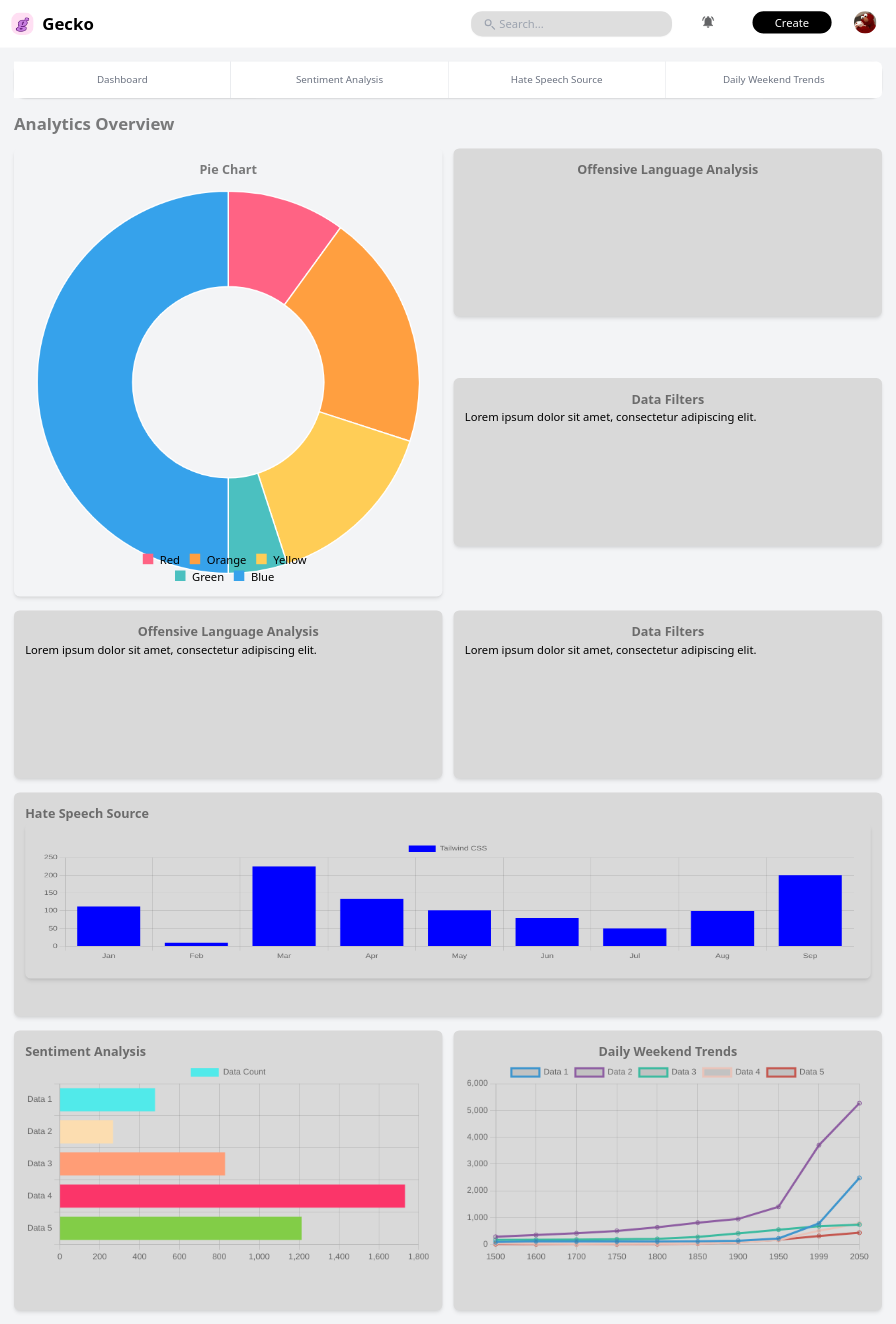
Repository: theamgri/thesis-website-nextjs
Page: website.html
An editor plug-in stored every save of this project. The page is shown before and after the next save, followed by the edit.
The browser window is 1280 px wide. The pictures show the whole page, at 70% of full size.

Above is the page before, as saved 2023-10-04 09:23:59.
Console error: TypeError: Cannot read properties of null (reading 'getContext')

After the next save:
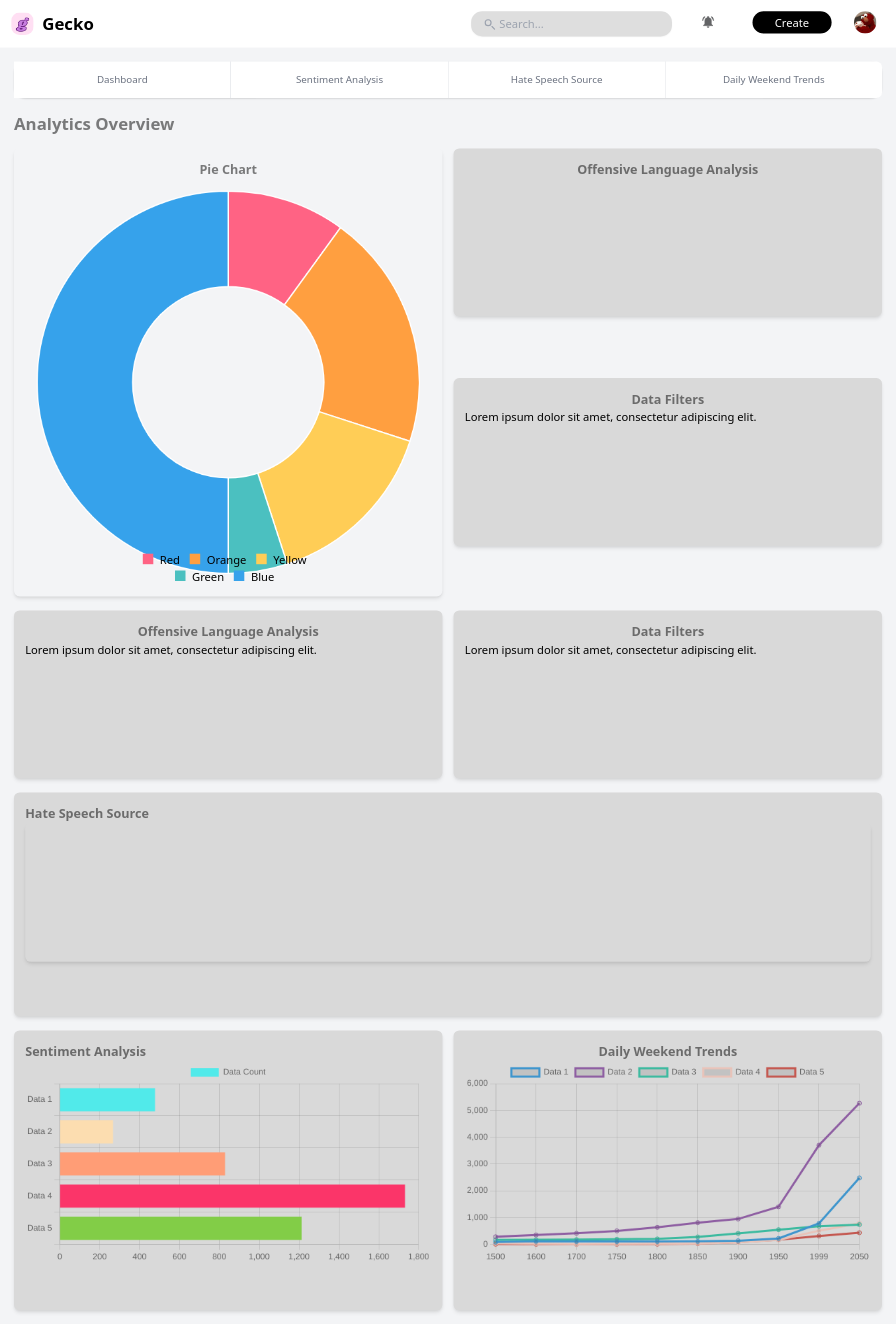
Console error: ReferenceError: Chart is not defined
Saved 5 min 23 s later.
--- a/website.html
+++ b/website.html
@@ -191,32 +191,57 @@
   <!-- Container 1 -->
   <div class="bg-white p-4 rounded-lg shadow-md" style="background-color: #D9D9D9; height: 15rem;">
       <h2 class="text-lg text-center opacity-50 font-semibold">Offensive Language Analysis</h2>
-      <canvas class="p-4" class="myChart"></canvas>
+      <canvas id="roundedBarChart"></canvas>
       <script>
-        var ctx = document.getElementById('my_chart').getContext('2d');
-var myChart = new Chart(ctx, {
-    type: 'bar',
-    data: {
-        labels: ['Jan', 'Feb', 'Mar', 'Apr', 'May', 'Jun'],
-        datasets: [{
-            label: 'Months',
-            data: [10, 50, 30, 90, 60, 70],
-            backgroundColor: '#ffadb9',
-            borderColor: '#f7072b',
-            borderWidth: 2,
-            barThickness: 30,
-            borderRadius: 20
-        }]
-    },
-    options: {
-        scales: {
-            y: {
-                beginAtZero: true
+        // Sample data for the bar chart
+        const data = {
+            labels: ['A', 'B', 'C', 'D', 'E'],
+            datasets: [
+                {
+                    label: 'Data',
+                    data: [5, 8, 6, 12, 10],
+                    backgroundColor: [
+                        'rgba(255, 99, 132, 0.7)',
+                        'rgba(255, 159, 64, 0.7)',
+                        'rgba(255, 205, 86, 0.7)',
+                        'rgba(75, 192, 192, 0.7)',
+                        'rgba(54, 162, 235, 0.7)'
+                    ],
+                    borderColor: [
+                        'rgba(255, 99, 132, 1)',
+                        'rgba(255, 159, 64, 1)',
+                        'rgba(255, 205, 86, 1)',
+                        'rgba(75, 192, 192, 1)',
+                        'rgba(54, 162, 235, 1)'
+                    ],
+                    borderWidth: 2,
+                    borderRadius: 15, // Set the border radius for rounded edges
+                }
+            ]
+        };
+
+        // Chart configuration
+        const config = {
+            type: 'bar',
+            data: data,
+            options: {
+                scales: {
+                    y: {
+                        beginAtZero: true
+                    }
+                },
+                plugins: {
+                    legend: {
+                        display: false
+                    }
+                }
             }
-        }
-    }
-});
-      </script>
+        };
+
+        // Create the bar chart
+        var ctx = document.getElementById('roundedBarChart').getContext('2d');
+        new Chart(ctx, config);
+    </script>
   </div>
 
   <!-- Container 2 -->

After the save that followed:
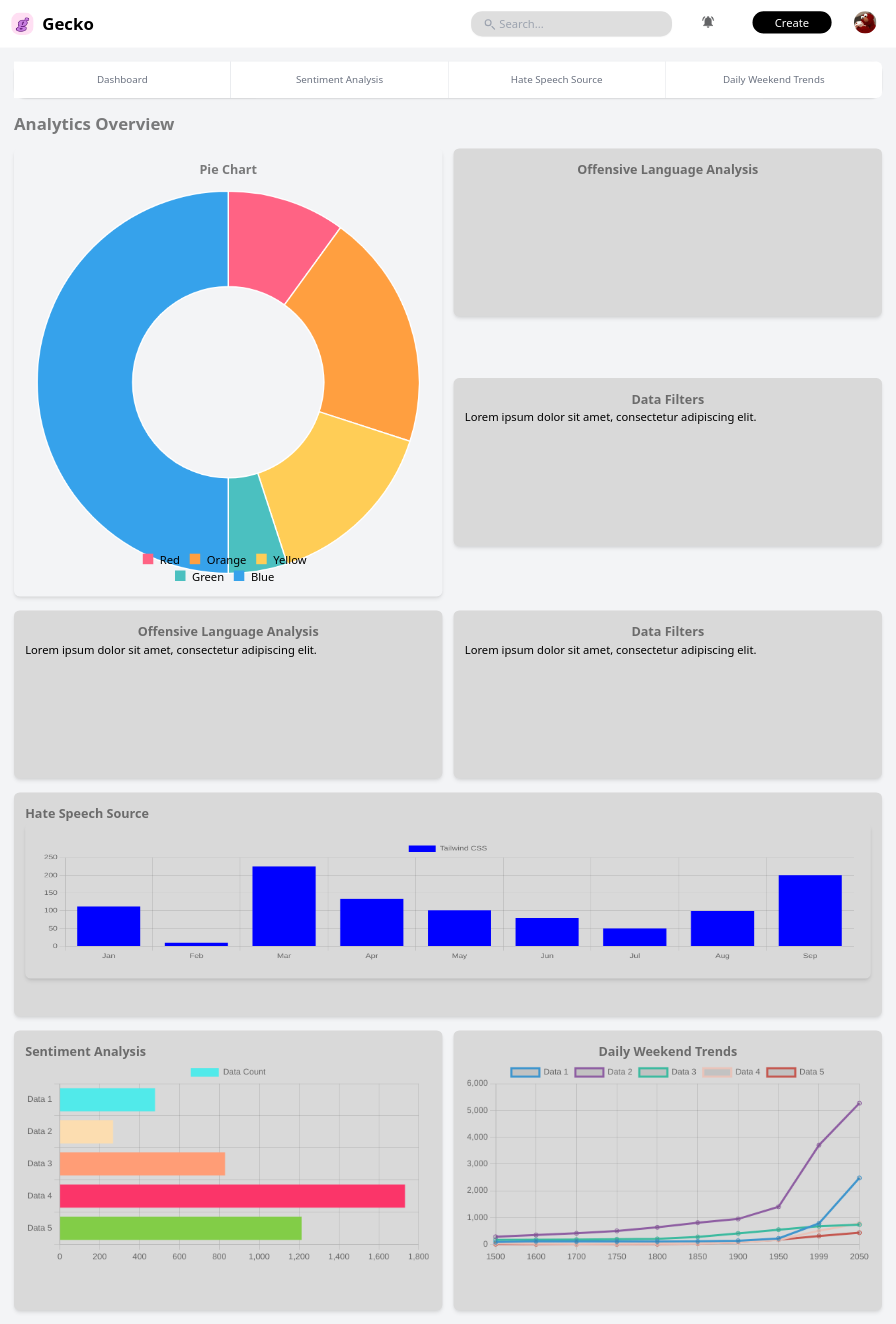
Console error: ReferenceError: data is not defined
Saved 4 s later.
--- a/website.html
+++ b/website.html
@@ -194,7 +194,7 @@
       <canvas id="roundedBarChart"></canvas>
       <script>
         // Sample data for the bar chart
-        const data = {
+        const data1 = {
             labels: ['A', 'B', 'C', 'D', 'E'],
             datasets: [
                 {
